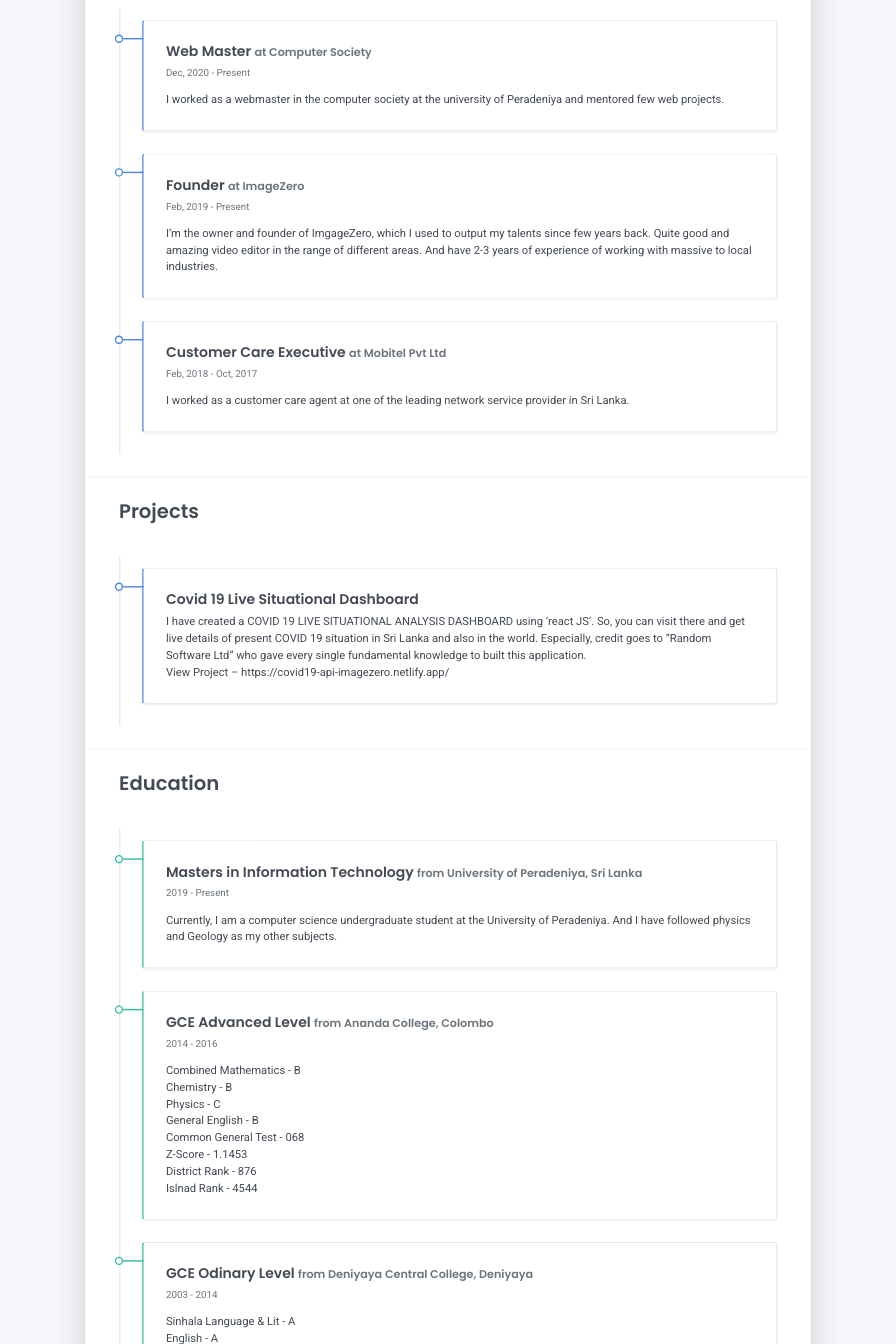
Repository: virangaj/resume
Page: index.html
These files come from the project's save history. The page is drawn as it stood at one moment and after the next save; the edit follows.
The browser window is 1280 px wide. The pictures show the part of the page from y = 1306 to 3226 px (the page is 4281 px tall), at 70% of full size.

Above is the page before, as saved 2021-08-31 19:58:54.

### index.html
<!DOCTYPE html>
<html lang="en-US">
	<head>
		<meta charset="UTF-8" />
		<meta http-equiv="X-UA-Compatible" content="IE=edge" />
		<meta name="viewport" content="width=device-width, initial-scale=1" />
		<title>Virang Jayawardana</title>
		<link
			rel="preconnect"
			href="https://fonts.gstatic.com"
			crossorigin="crossorigin"
		/>
		<link
			rel="preload"
			as="style"
			href="https://fonts.googleapis.com/css2?family=Poppins:wght@600&amp;family=Roboto:wght@300;400;500;700&amp;display=swap"
		/>
		<link
			rel="stylesheet"
			href="https://fonts.googleapis.com/css2?family=Poppins:wght@600&amp;family=Roboto:wght@300;400;500;700&amp;display=swap"
			media="print"
			onload="this.media='all'"
		/>
		<noscript>
			<link
				rel="stylesheet"
				href="https://fonts.googleapis.com/css2?family=Poppins:wght@600&amp;family=Roboto:wght@300;400;500;700&amp;display=swap"
			/>
		</noscript>
		<link href="css/font-awesome/css/all.min.css?ver=1.2.0" rel="stylesheet" />
		<link href="css/bootstrap.min.css?ver=1.2.0" rel="stylesheet" />
		<link href="css/aos.css?ver=1.2.0" rel="stylesheet" />
		<link href="css/main.css?ver=1.2.0" rel="stylesheet" />
		<noscript>
			<style type="text/css">
				[data-aos] {
					opacity: 1 !important;
					transform: translate(0) scale(1) !important;
				}
			</style>
		</noscript>
	</head>
	<body id="top">
		<header class="d-print-none">
			<div class="container text-center text-lg-left">
				<div class="py-3 clearfix">
					<h1 class="site-title mb-0">Virang Jayawardana</h1>
					<div class="site-nav">
						<nav role="navigation">
							<ul class="nav justify-content-center">
								<li class="nav-item">
									<a
										class="nav-link"
										href="https://twitter.com/VirangaPasi"
										title="Twitter"
										><i class="fab fa-twitter"></i
										><span class="menu-title sr-only">Twitter</span></a
									>
								</li>
								<li class="nav-item">
									<a
										class="nav-link"
										href="https://www.facebook.com/virangapasindu.jayawardana/"
										title="Facebook"
										><i class="fab fa-facebook"></i
										><span class="menu-title sr-only">Facebook</span></a
									>
								</li>
								<li class="nav-item">
									<a
										class="nav-link"
										href="https://www.instagram.com/pasiya_k9/"
										title="Instagram"
										><i class="fab fa-instagram"></i
										><span class="menu-title sr-only">Instagram</span></a
									>
								</li>
								<li class="nav-item">
									<a
										class="nav-link"
										href="https://github.com/Viranga-pasi"
										title="Github"
										><i class="fab fa-github"></i
										><span class="menu-title sr-only">Github</span></a
									>
								</li>
							</ul>
						</nav>
					</div>
				</div>
			</div>
		</header>
		<div class="page-content">
			<div class="container">
				<div class="cover shadow-lg bg-white">
					<div class="cover-bg p-3 p-lg-4 text-white">
						<div class="row">
							<div class="col-lg-4 col-md-5">
								<div class="avatar hover-effect bg-white shadow-sm p-1">
									<img src="images/avatar.jpg" width="200" height="200" />
								</div>
							</div>
							<div class="col-lg-8 col-md-7 text-center text-md-start">
								<h2 class="h1 mt-2" data-aos="fade-left" data-aos-delay="0">
									Joyce Harrison
								</h2>
								<p data-aos="fade-left" data-aos-delay="100">
									Undergraduate | Web Developer
								</p>
								<div
									class="d-print-none"
									data-aos="fade-left"
									data-aos-delay="200"
								>
									<a
										class="btn btn-light text-dark shadow-sm mt-1 me-1"
										href="right-resume.pdf"
										target="_blank"
										>Download CV</a
									><a class="btn btn-success shadow-sm mt-1" href="#contact"
										>Hire Me</a
									>
								</div>
							</div>
						</div>
					</div>
					<div class="about-section pt-4 px-3 px-lg-4 mt-1">
						<div class="row">
							<div class="col-md-6">
								<h2 class="h3 mb-3">About Me</h2>
								<p>
									Hello! I’m Viranga Jayawardana. I am passionate about new
									technologies and Web Design. I am a skilled Front-end
									Developer and amazing video editor.
								</p>
							</div>
							<div class="col-md-5 offset-md-1">
								<div class="row mt-2">
									<div class="col-sm-4">
										<div class="pb-1">Age</div>
									</div>
									<div class="col-sm-8">
										<div class="pb-1 text-secondary">24</div>
									</div>
									<div class="col-sm-4">
										<div class="pb-1">Email</div>
									</div>
									<div class="col-sm-8">
										<div class="pb-1 text-secondary">
											virangapasindu4@gmail.com
										</div>
									</div>
									<div class="col-sm-4">
										<div class="pb-1">Phone</div>
									</div>
									<div class="col-sm-8">
										<div class="pb-1 text-secondary">+94 71 530 9595</div>
									</div>
									<div class="col-sm-4">
										<div class="pb-1">Address</div>
									</div>
									<div class="col-sm-8">
										<div class="pb-1 text-secondary">
											Samanala, Galdola, Kotapola, Sri Lanka
										</div>
									</div>
								</div>
							</div>
						</div>
					</div>
					<hr class="d-print-none" />
					<div class="skills-section px-3 px-lg-4">
						<h2 class="h3 mb-3">Professional Skills</h2>
						<div class="row">
							<div class="col-md-6">
								<div class="mb-2">
									<span>HTML</span>
									<div class="progress my-1">
										<div
											class="progress-bar bg-primary"
											role="progressbar"
											data-aos="zoom-in-right"
											data-aos-delay="100"
											data-aos-anchor=".skills-section"
											style="width: 90%"
											aria-valuenow="90"
											aria-valuemin="0"
											aria-valuemax="100"
										></div>
									</div>
								</div>
								<div class="mb-2">
									<span>CSS</span>
									<div class="progress my-1">
										<div
											class="progress-bar bg-primary"
											role="progressbar"
											data-aos="zoom-in-right"
											data-aos-delay="200"
											data-aos-anchor=".skills-section"
											style="width: 85%"
											aria-valuenow="85"
											aria-valuemin="0"
											aria-valuemax="100"
										></div>
									</div>
								</div>
								<div class="mb-2">
									<span>JavaScript</span>
									<div class="progress my-1">
										<div
											class="progress-bar bg-primary"
											role="progressbar"
											data-aos="zoom-in-right"
											data-aos-delay="300"
											data-aos-anchor=".skills-section"
											style="width: 80%"
											aria-valuenow="80"
											aria-valuemin="0"
											aria-valuemax="100"
										></div>
									</div>
								</div>
								<div class="mb-2">
									<span>ReactJs</span>
									<div class="progress my-1">
										<div
											class="progress-bar bg-primary"
											role="progressbar"
											data-aos="zoom-in-right"
											data-aos-delay="300"
											data-aos-anchor=".skills-section"
											style="width: 75%"
											aria-valuenow="75"
											aria-valuemin="0"
											aria-valuemax="100"
										></div>
									</div>
								</div>
								<div class="mb-2">
									<span>Java</span>
									<div class="progress my-1">
										<div
											class="progress-bar bg-primary"
											role="progressbar"
											data-aos="zoom-in-right"
											data-aos-delay="300"
											data-aos-anchor=".skills-section"
											style="width: 70%"
											aria-valuenow="70"
											aria-valuemin="0"
											aria-valuemax="100"
										></div>
									</div>
								</div>
								<div class="mb-2">
									<span>C language</span>
									<div class="progress my-1">
										<div
											class="progress-bar bg-primary"
											role="progressbar"
											data-aos="zoom-in-right"
											data-aos-delay="300"
											data-aos-anchor=".skills-section"
											style="width: 70%"
											aria-valuenow="70"
											aria-valuemin="0"
											aria-valuemax="100"
										></div>
									</div>
								</div>
								<div class="mb-2">
									<span>Wordpress</span>
									<div class="progress my-1">
										<div
											class="progress-bar bg-primary"
											role="progressbar"
											data-aos="zoom-in-right"
											data-aos-delay="300"
											data-aos-anchor=".skills-section"
											style="width: 85%"
											aria-valuenow="85"
											aria-valuemin="0"
											aria-valuemax="100"
										></div>
									</div>
								</div>
							</div>
							<div class="col-md-6">
								<div class="mb-2">
									<span>Adobe Photoshop</span>
									<div class="progress my-1">
										<div
											class="progress-bar bg-success"
											role="progressbar"
											data-aos="zoom-in-right"
											data-aos-delay="400"
											data-aos-anchor=".skills-section"
											style="width: 80%"
											aria-valuenow="90"
											aria-valuemin="0"
											aria-valuemax="100"
										></div>
									</div>
								</div>
								<div class="mb-2">
									<span>Abode Premiere Pro</span>
									<div class="progress my-1">
										<div
											class="progress-bar bg-success"
											role="progressbar"
											data-aos="zoom-in-right"
											data-aos-delay="500"
											data-aos-anchor=".skills-section"
											style="width: 85%"
											aria-valuenow="85"
											aria-valuemin="0"
											aria-valuemax="100"
										></div>
									</div>
								</div>
								<div class="mb-2">
									<span>Adobe After Effect</span>
									<div class="progress my-1">
										<div
											class="progress-bar bg-success"
											role="progressbar"
											data-aos="zoom-in-right"
											data-aos-delay="600"
											data-aos-anchor=".skills-section"
											style="width: 75%"
											aria-valuenow="75"
											aria-valuemin="0"
											aria-valuemax="100"
										></div>
									</div>
								</div>
								<div class="mb-2">
									<span>Adobe XD</span>
									<div class="progress my-1">
										<div
											class="progress-bar bg-success"
											role="progressbar"
											data-aos="zoom-in-right"
											data-aos-delay="600"
											data-aos-anchor=".skills-section"
											style="width: 75%"
											aria-valuenow="75"
											aria-valuemin="0"
											aria-valuemax="100"
										></div>
									</div>
								</div>
								<div class="mb-2">
									<span>Microsoft Office</span>
									<div class="progress my-1">
										<div
											class="progress-bar bg-success"
											role="progressbar"
											data-aos="zoom-in-right"
											data-aos-delay="600"
											data-aos-anchor=".skills-section"
											style="width: 85%"
											aria-valuenow="85"
											aria-valuemin="0"
											aria-valuemax="100"
										></div>
									</div>
								</div>
							</div>
						</div>
					</div>
					<hr class="d-print-none" />
					<div class="work-experience-section px-3 px-lg-4">
						<h2 class="h3 mb-4">Work Experience</h2>
						<div class="timeline">
							<div class="timeline-card timeline-card-primary card shadow-sm">
								<div class="card-body">
									<div class="h5 mb-1">
										Web Master
										<span class="text-muted h6">at Computer Society</span>
									</div>
									<div class="text-muted text-small mb-2">
										Dec, 2020 - Present
									</div>
									<div>
										I worked as a webmaster in the computer society at the
										university of Peradeniya and mentored few web projects.
									</div>
								</div>
							</div>
							<div class="timeline-card timeline-card-primary card shadow-sm">
								<div class="card-body">
									<div class="h5 mb-1">
										Founder
										<span class="text-muted h6">at ImageZero</span>
									</div>
									<div class="text-muted text-small mb-2">
										Feb, 2019 - Present
									</div>
									<div>
										I’m the owner and founder of ImgageZero, which I used to
										output my talents since few years back. Quite good and
										amazing video editor in the range of different areas. And
										have 2-3 years of experience of working with massive to
										local industries.
									</div>
								</div>
							</div>
							<div class="timeline-card timeline-card-primary card shadow-sm">
								<div class="card-body">
									<div class="h5 mb-1">
										Customer Care Executive
										<span class="text-muted h6">at Mobitel Pvt Ltd</span>
									</div>
									<div class="text-muted text-small mb-2">
										Feb, 2018 - Oct, 2017
									</div>
									<div>
										I worked as a customer care agent at one of the leading
										network service provider in Sri Lanka.
									</div>
								</div>
							</div>
						</div>
					</div>
					<hr class="d-print-none" />
					<div class="work-experience-section px-3 px-lg-4">
						<h2 class="h3 mb-4">Projects</h2>
						<div class="timeline">
							<div class="timeline-card timeline-card-primary card shadow-sm">
								<div class="card-body">
									<div class="h5 mb-1">Covid 19 Live Situational Dashboard</div>

									<div>
										I have created a COVID 19 LIVE SITUATIONAL ANALYSIS
										DASHBOARD using ‘react JS’. So, you can visit there and get
										live details of present COVID 19 situation in Sri Lanka and
										also in the world. Especially, credit goes to “Random
										Software Ltd” who gave every single fundamental knowledge to
										built this application.<br />
										View Project – https://covid19-api-imagezero.netlify.app/
									</div>
								</div>
							</div>
						</div>
					</div>
					<hr class="d-print-none" />
					<div class="page-break"></div>
					<div class="education-section px-3 px-lg-4 pb-4">
						<h2 class="h3 mb-4">Education</h2>
						<div class="timeline">
							<div class="timeline-card timeline-card-success card shadow-sm">
								<div class="card-body">
									<div class="h5 mb-1">
										Masters in Information Technology
										<span class="text-muted h6"
											>from University of Peradeniya, Sri Lanka</span
										>
									</div>
									<div class="text-muted text-small mb-2">2019 - Present</div>
									<div>
										Currently, I am a computer science undergraduate student at
										the University of Peradeniya. And I have followed physics
										and Geology as my other subjects.
									</div>
								</div>
							</div>
							<div class="timeline-card timeline-card-success card shadow-sm">
								<div class="card-body">
									<div class="h5 mb-1">
										GCE Advanced Level
										<span class="text-muted h6"
											>from Ananda College, Colombo</span
										>
									</div>
									<div class="text-muted text-small mb-2">2014 - 2016</div>
									<div>Combined Mathematics - B</div>
									<div>Chemistry - B</div>
									<div>Physics - C</div>
									<div>General English - B</div>
									<div>Common General Test - 068</div>
									<div>Z-Score - 1.1453</div>
									<div>District Rank - 876</div>
									<div>Islnad Rank - 4544</div>
								</div>
							</div>
							<div class="timeline-card timeline-card-success card shadow-sm">
								<div class="card-body">
									<div class="h5 mb-1">
										GCE Odinary Level
										<span class="text-muted h6"
											>from Deniyaya Central College, Deniyaya</span
										>
									</div>
									<div class="text-muted text-small mb-2">2003 - 2014</div>
									<div>Sinhala Language & Lit - A</div>
									<div>English - A</div>
									<div>Mathematics (ENG) - A</div>
									<div>Science (ENG) - A</div>
									<div>History - A</div>
									<div>Buddhism - A</div>
									<div>English - A</div>
									<div>Accounting & Bussiness Studies - A</div>
									<div>ICT (ENG) - A</div>
									<div>Appreciation of English Leteracy Texts - C</div>
								</div>
							</div>
						</div>
					</div>
					<hr class="d-print-none" />
					<div class="contant-section px-3 px-lg-4 pb-4" id="contact">
						<h2 class="h3 text mb-3">Contact</h2>
						<div class="row">
							<div class="col-md-7 d-print-none">
								<div class="my-2">
									<form action="virangapasindu4@gmail.com" method="POST">
										<div class="row">
											<div class="col-6">
												<input
													class="form-control"
													type="text"
													id="name"
													name="name"
													placeholder="Your Name"
													required
												/>
											</div>
											<div class="col-6">
												<input
													class="form-control"
													type="email"
													id="email"
													name="_replyto"
													placeholder="Your E-mail"
													required
												/>
											</div>
										</div>
										<div class="form-group my-2">
											<textarea
												class="form-control"
												style="resize: none"
												id="message"
												name="message"
												rows="4"
												placeholder="Your Message"
												required
											></textarea>
										</div>
										<button class="btn btn-primary mt-2" type="submit">
											Send
										</button>
									</form>
								</div>
							</div>
							<div class="col">
								<div class="mt-2">
									<h3 class="h6">Address</h3>
									<div class="pb-2 text-secondary">
										Samanala, Galdola, Kotapola, Sri Lanka
									</div>
									<h3 class="h6">Phone</h3>
									<div class="pb-2 text-secondary">+94 71 530 9595</div>
									<h3 class="h6">Email</h3>
									<div class="pb-2 text-secondary">
										virangapasindu4@gmail.com
									</div>
								</div>
							</div>
						</div>
					</div>
				</div>
			</div>
		</div>
		<footer class="pt-4 pb-4 text-muted text-center d-print-none">
			<div class="container">
				<div class="my-3">
					<div class="h4">Viranga Jayawardana</div>
					<div class="footer-nav">
						<nav role="navigation">
							<ul class="nav justify-content-center">
								<li class="nav-item">
									<a
										class="nav-link"
										href="https://twitter.com/VirangaPasi"
										title="Twitter"
										><i class="fab fa-twitter"></i
										><span class="menu-title sr-only">Twitter</span></a
									>
								</li>
								<li class="nav-item">
									<a
										class="nav-link"
										href="https://www.facebook.com/virangapasindu.jayawardana/"
										title="Facebook"
										><i class="fab fa-facebook"></i
										><span class="menu-title sr-only">Facebook</span></a
									>
								</li>
								<li class="nav-item">
									<a
										class="nav-link"
										href="https://www.instagram.com/pasiya_k9/"
										title="Instagram"
										><i class="fab fa-instagram"></i
										><span class="menu-title sr-only">Instagram</span></a
									>
								</li>
								<li class="nav-item">
									<a
										class="nav-link"
										href="https://github.com/Viranga-pasi"
										title="Github"
										><i class="fab fa-github"></i
										><span class="menu-title sr-only">Github</span></a
									>
								</li>
							</ul>
						</nav>
					</div>
				</div>
				<div class="text-small">
					<div class="mb-1">
						&copy; Viranga Jayawardana. All rights reserved.
					</div>
					<div>
						Design -
						<a href="https://imagezero.net/" target="_blank">ImageZero</a>
					</div>
				</div>
			</div>
		</footer>
		<script src="scripts/bootstrap.bundle.min.js?ver=1.2.0"></script>
		<script src="scripts/aos.js?ver=1.2.0"></script>
		<script src="scripts/main.js?ver=1.2.0"></script>
	</body>
</html>

### css/main.css
/* Buttons */
/* Inputs */
/* Timeline custom component */
.timeline {
	border-left: 2px solid #e6e9ed;
	padding: 1rem 0;
}

.timeline-card {
	position: relative;
	margin-left: 31px;
	border-left: 2px solid;
	margin-bottom: 2rem;
}

.timeline-card:last-child {
	margin-bottom: 1rem;
}

.timeline-card:before {
	content: '';
	display: inline-block;
	position: absolute;
	background-color: #fff;
	border-radius: 10px;
	width: 12px;
	height: 12px;
	top: 20px;
	left: -41px;
	border: 2px solid;
	z-index: 2;
}

.timeline-card:after {
	content: '';
	display: inline-block;
	position: absolute;
	background-color: currentColor;
	width: 29px;
	height: 2px;
	top: 25px;
	left: -29px;
	z-index: 1;
}

.timeline-card-primary {
	border-left-color: #4a89dc;
}

.timeline-card-primary:before {
	border-color: #4a89dc;
}

.timeline-card-primary:after {
	background-color: #4a89dc;
}

.timeline-card-success {
	border-left-color: #37bc9b;
}

.timeline-card-success:before {
	border-color: #37bc9b;
}

.timeline-card-success:after {
	background-color: #37bc9b;
}

html {
	scroll-behavior: smooth;
}

.site-title {
	font-size: 1.25rem;
	line-height: 2.5rem;
}

.nav-link {
	padding: 0;
	font-size: 1.25rem;
	line-height: 2.5rem;
	color: rgba(0, 0, 0, 0.5);
}

.nav-link:hover,
.nav-link:focus,
.active .nav-link {
	color: rgba(0, 0, 0, 0.8);
}

.nav-item + .nav-item {
	margin-left: 1rem;
}

.cover {
	border-radius: 10px;
}

.cover-bg {
	background-color: #4a89dc;
	background-image: url("data:[embedded picture, 1696 characters]");
	border-radius: 10px 10px 0 0;
}

.avatar {
	max-width: 216px;
	max-height: 216px;
	margin-top: 20px;
	text-align: center;
	margin-left: auto;
	margin-right: auto;
}

.avatar img {
	/* Safari 6.0 - 9.0 */
	/* filter: grayscale(100%); */
}

footer a:not(.nav-link) {
	color: inherit;
	border-bottom: 1px dashed;
	text-decoration: none;
	cursor: pointer;
}

@media (min-width: 48em) {
	.site-title {
		float: left;
	}
	.site-nav {
		float: right;
	}
	.avatar {
		margin-bottom: -80px;
		margin-left: 0;
	}
}

@media print {
	body {
		background-color: #fff;
	}
	.container {
		width: auto;
		max-width: 100%;
		padding: 0;
	}
	.cover,
	.cover-bg {
		border-radius: 0;
	}
	.cover.shadow-lg {
		box-shadow: none !important;
	}
	.cover-bg {
		padding: 5rem !important;
		padding-bottom: 10px !important;
	}
	.avatar {
		margin-top: -10px;
	}
	.about-section {
		padding: 6.5rem 5rem 2rem !important;
	}
	.skills-section,
	.work-experience-section,
	.education-section,
	.contant-section {
		padding: 1.5rem 5rem 2rem !important;
	}
	.page-break {
		padding-top: 5rem;
		page-break-before: always;
	}
}

Loaded but not shown: css/font-awesome/css/all.min.css (library); css/bootstrap.min.css (library); css/aos.css (library); scripts/bootstrap.bundle.min.js (library); scripts/aos.js (library); scripts/main.js (common file)

After the next save:
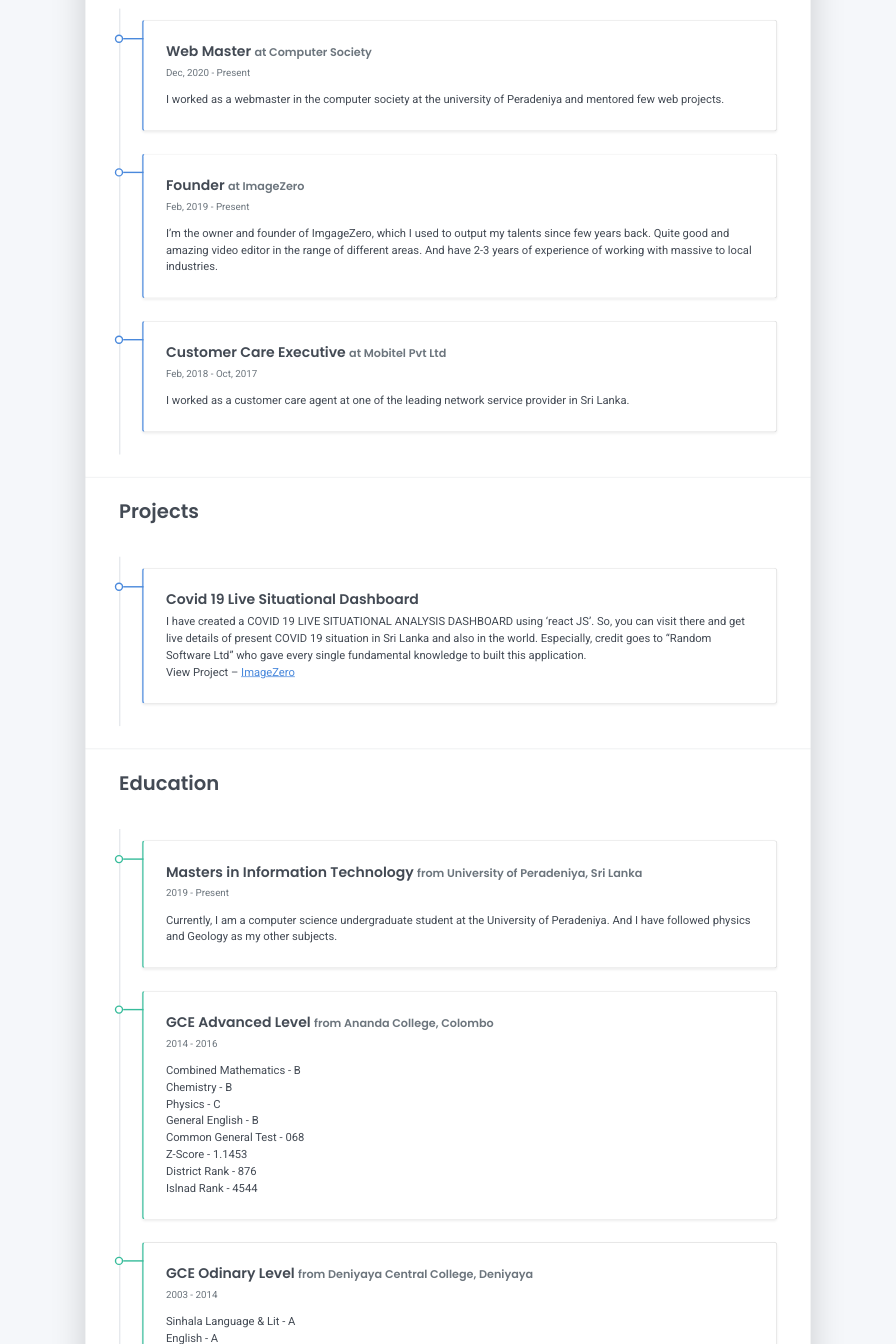
Saved 6 s later.
--- a/index.html
+++ b/index.html
@@ -439,7 +439,10 @@
 										also in the world. Especially, credit goes to “Random
 										Software Ltd” who gave every single fundamental knowledge to
 										built this application.<br />
-										View Project – https://covid19-api-imagezero.netlify.app/
+										View Project –
+										<a href="https://imagezero.net/" target="_blank"
+											>ImageZero</a
+										>
 									</div>
 								</div>
 							</div>
